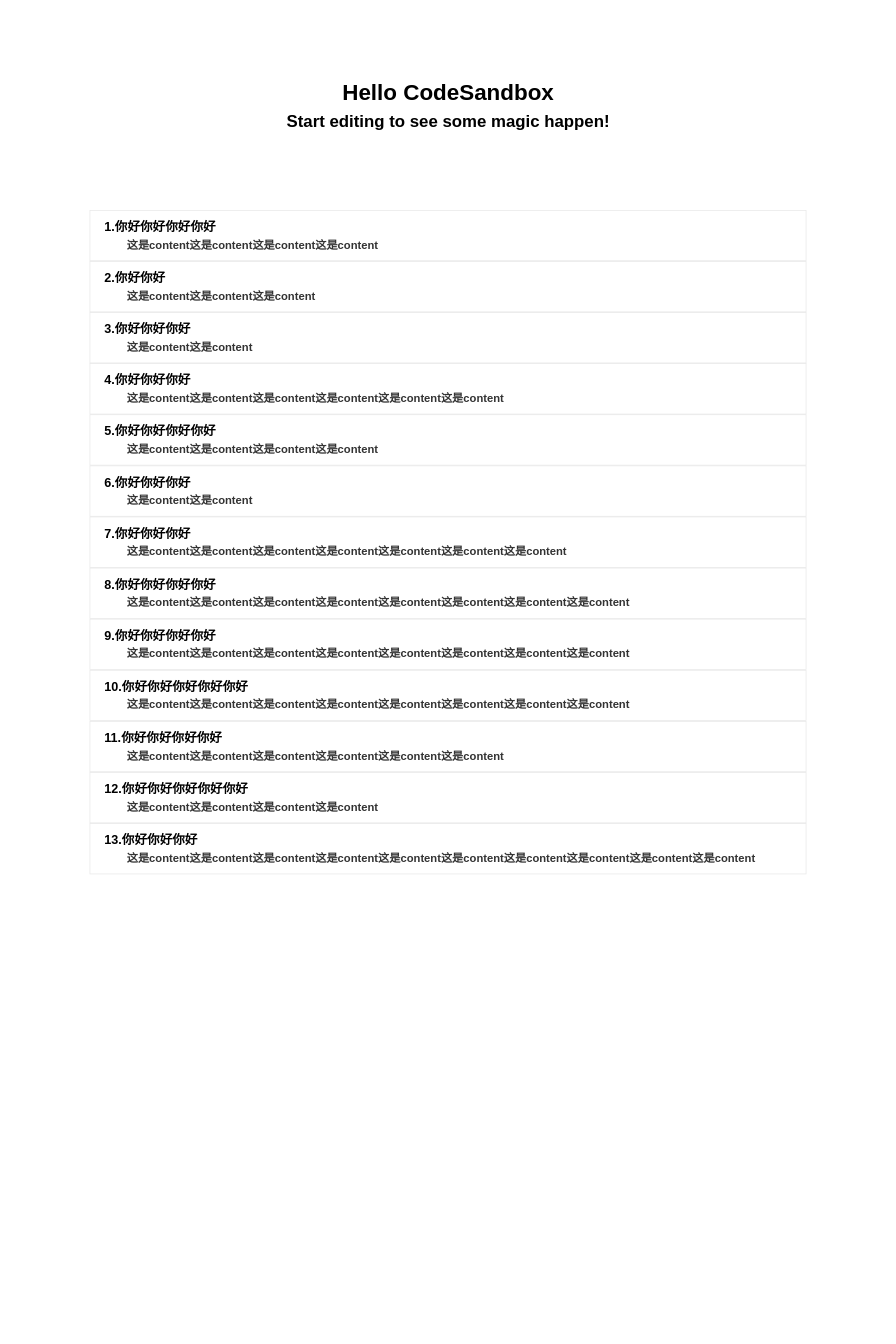
Repository: yuwanlin/react-virtuallist
Page: /
The author's editor kept a copy of each file at every save. The page is drawn from the files as they stood at one save, then again after the next save.
The browser window is 1280 px wide. The pictures show the part of the page from y = 0 to 1920 px (the page is 5489 px tall before and 720 px after), at 70% of full size.
The project was rebuilt for these pictures with package versions that can differ from the ones it lists, and the page was loaded fresh each time.

Above is the page before, as saved 2019-09-23 15:43:59.

After the next save:
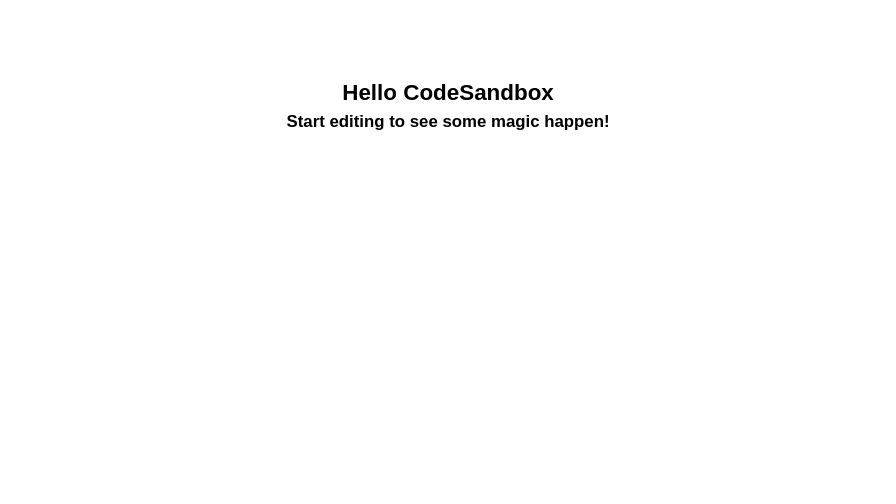
Saved 118 s later.
--- a/src/index.tsx
+++ b/src/index.tsx
@@ -1,4 +1,4 @@
-import * as React from 'react'
+import React, { useState, useEffect } from 'react'
 import { render } from 'react-dom'
 
 import './styles.css'
@@ -6,6 +6,10 @@
 import { data } from './utils/data'
 
 function App() {
+  const [list, setList] = useState([]);
+  useEffect(() => {
+    setList(data.list);
+  }, [])
   return (
     <div className="App">
       <div className={'hello'}>
@@ -14,7 +18,7 @@
       </div>
 
       <VirtualList
-        list={data.list}
+        list={list}
         numberOfContainer={10}
       />
     </div>

After the 5 saves that followed:
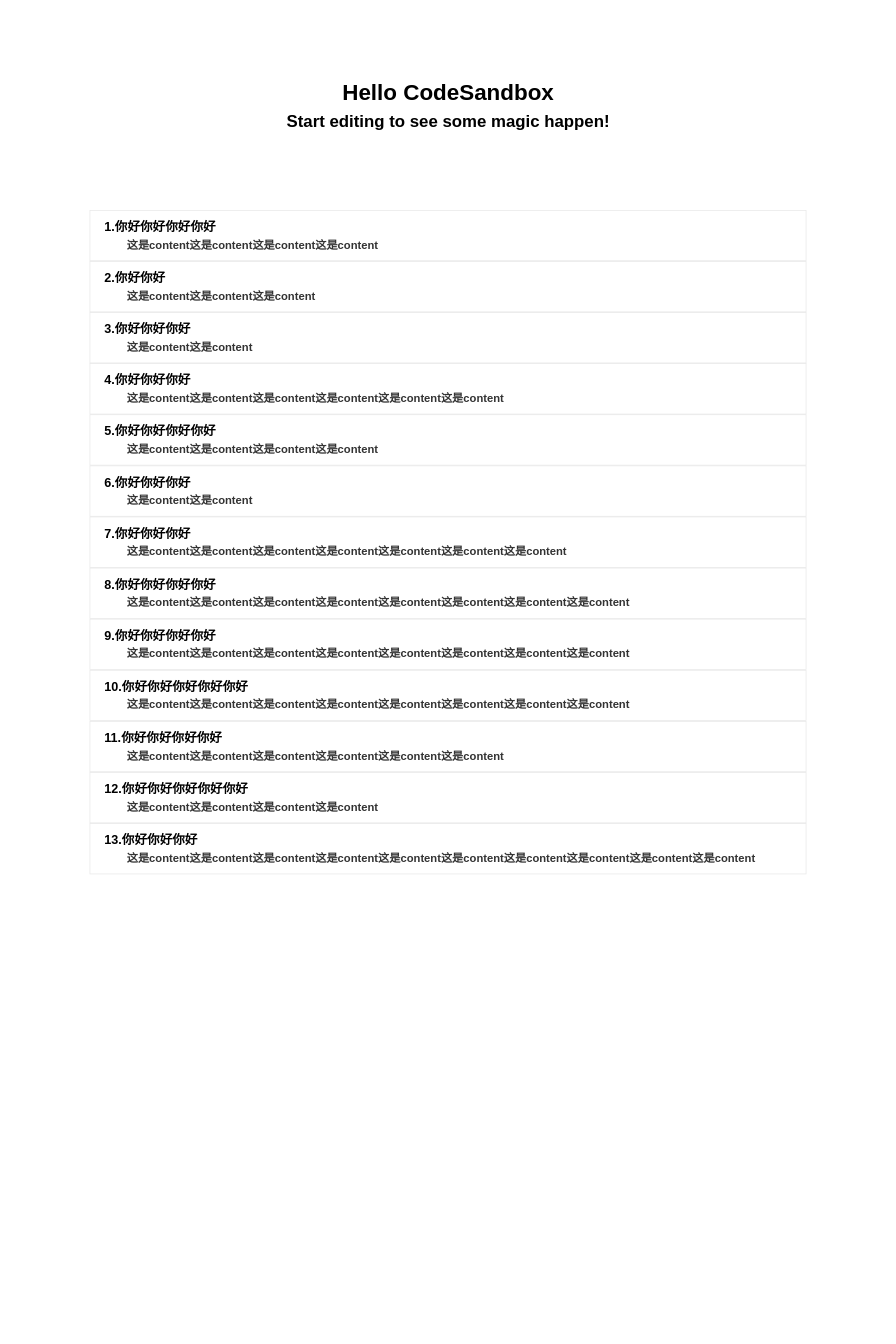
The 5 saves are shown as one change because 3 did not build or start and 1 left the picture as it was.
The last was saved 3 min 18 s later.
--- a/src/index.tsx
+++ b/src/index.tsx
@@ -10,6 +10,8 @@
   useEffect(() => {
     setList(data.list);
   }, [])
+
+  console.log('list', list)
   return (
     <div className="App">
       <div className={'hello'}>
--- a/src/containers/virtual-list/index.tsx
+++ b/src/containers/virtual-list/index.tsx
@@ -45,12 +45,13 @@
   })
 
 
-
   useEffect(function init() {
     // setTimeout(() => {
     //   document.documentElement.scrollTop = 0;
     // }, 200);
-    console.log('didmount scsrollY', window.scrollY)
+    if(list.length === 0) {
+      return;
+    }
     listBoxTopRef.current = listBoxRef.current!.getBoundingClientRect().top;
     updateVisibleList();
     window.addEventListener('scroll', handleScroll)
@@ -60,7 +61,7 @@
       // document.documentElement.scrollTop = 0;
       window.removeEventListener('scroll', handleScroll)
     }
-  }, [])
+  }, [list.length])
 
   const getScrollTop = () => {
     return Math.max(document.body.scrollTop, document.documentElement.scrollTop, window.pageYOffset)
@@ -148,6 +149,12 @@
   top = top < 0 ? 0 : top;
   bottom = bottom < 0 ? 0 : bottom;
 
+
+  if(list.length === 0) {
+    return null;
+  }
+
+
   return (
     <div className={'virtual-list-box' + bottom}
       style={{paddingTop: top + 'px', paddingBottom : listOffsetRef.current.endOffset + 'px'}}
